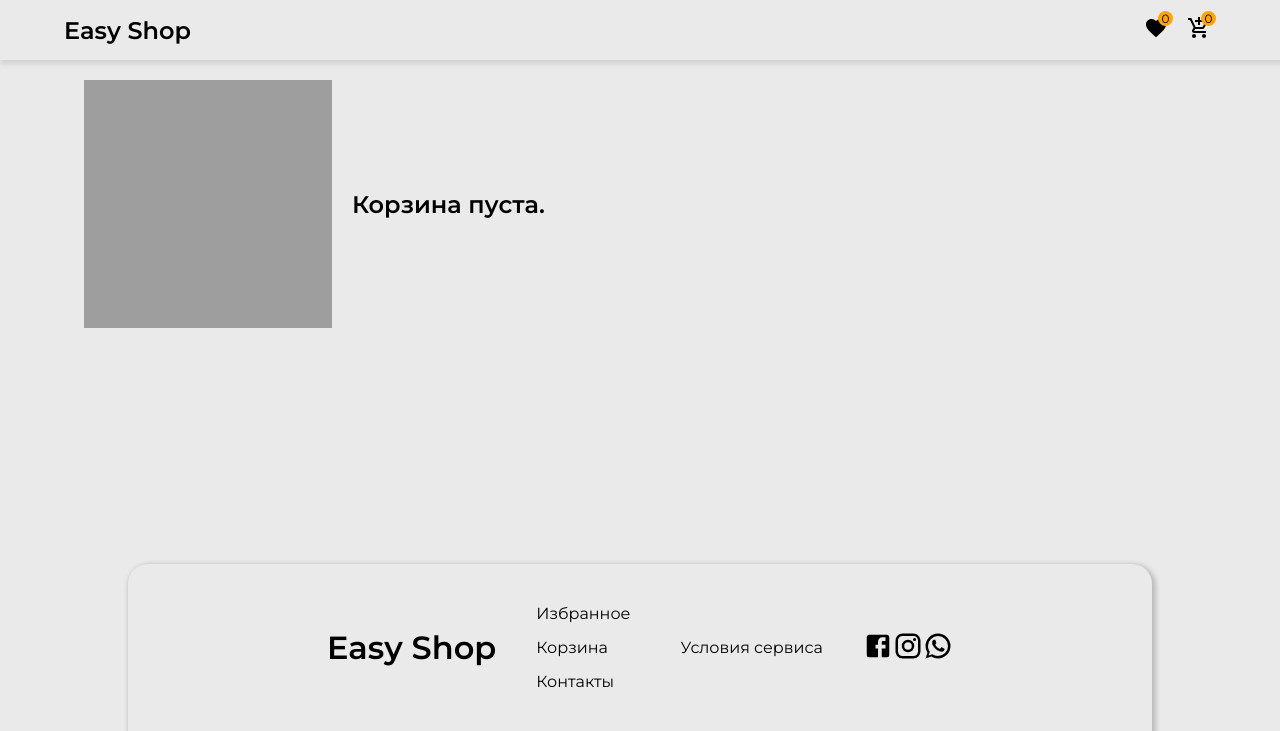
Repository: Nurlan-Bakenbaev/Easy-Shop-Firebase
Page: /cart
These files come from the project's save history. The page is drawn as it stood at one moment and after a run of saves; the edit follows.
The browser window is 1280 px wide. The pictures show the whole page.
Pictures or frames that could not be fetched are drawn as grey boxes. The project was rebuilt for these pictures with package versions that can differ from the ones it lists, and the page was loaded fresh each time. Also part of the build but not shown: vite.config.js, src/App.css, src/components/banner/Banner.css, src/components/banner/Banner.jsx, src/components/Card.css, src/components/Card.jsx, src/config/firebase.js, src/components/pages/Home.jsx and 12 more.

Above is the page before, as saved 2023-08-16 22:07:03.

### index.html
<!doctype html>
<html lang="en">
  <head>
    <meta charset="UTF-8" />
    <link rel="icon" href="https://firebasestorage.googleapis.com/v0/b/kleinerladen-6644f.appspot.com/o/icons8-gescha%CC%88ft-48.png?alt=media&token=b65c329f-4ff2-43c8-be87-2ec025365196" >
    <link rel="preconnect" href="https://fonts.googleapis.com">
    <link rel="preconnect" href="https://fonts.gstatic.com" crossorigin>
    <link href="https://fonts.googleapis.com/css2?family=Montserrat:wght@400;600&display=swap" rel="stylesheet">
    <link rel="preconnect" href="https://fonts.googleapis.com">
<link rel="preconnect" href="https://fonts.gstatic.com" crossorigin>
<link href="https://fonts.googleapis.com/css2?family=Poppins:wght@300;600&display=swap" rel="stylesheet">
    <link rel="icon" type="image/svg+xml" href="/vite.svg" />
    <meta name="viewport" content="width=device-width, initial-scale=1.0" />
    <title>Small Shop</title>
  </head>
  <body>
    <div id="root"></div>
    <script type="module" src="/src/main.jsx"></script>
  </body>
</html>

### src/main.jsx
import React from "react";
import ReactDOM from "react-dom/client";
import App from "./App.jsx";
import "./index.css";

ReactDOM.createRoot(document.getElementById("root")).render(
  <React.StrictMode>

      <App />
  </React.StrictMode>
);

### src/App.jsx
import Navbar from "./components/navbar/Navbar";
import "./App.css";
import Home from "./components/pages/Home";
import { BrowserRouter, Routes, Route, json } from "react-router-dom";
import Footer from "./components/footer/Footer";
import Favorites from "./components/pages/Favorites";
import TermsOfUse from "./components/pages/TermsOfUse";
import Contacs from "./components/pages/Contacs";
import { useState, useEffect } from "react";
import AboutProduct from "./components/pages/AboutPage/AboutProduct";
import Cart from "./components/pages/CartPage/Cart";
import Order from "./components/pages/VerifyingOrder/Order";

function App() {
  const [favorite, setFavorite] = useState([]);
  const [cartItem, setCartItem] = useState([]);

  const handleAddToCart = (item) => {
    const existItem = cartItem.find((el) => el.id === item.id);
    if (existItem) {
      const updatedCart = cartItem.map((el) =>
        el.id === item.id ? { ...el, total: el.total + 1 } : el
      );
      setCartItem(updatedCart);
      localStorage.setItem("products", JSON.stringify(updatedCart));
    } else {
      const newItem = { ...item, total: 1 };
      setCartItem([...cartItem, newItem]);
    }
  };
  const removeFromToCart = (item) => {
    const existItem = cartItem.find((el) => el.id === item.id);
    if (existItem) {
      const updatedCart = cartItem.map((el) =>
        el.id === item.id ? { ...el, total: Math.max(1, el.total - 1) } : el
      );
      setCartItem(updatedCart);
      localStorage.setItem("products", JSON.stringify(updatedCart));
    } else {
      const newItem = { ...item, total: 1 };
      setCartItem([...cartItem, newItem]);
    }
  };
  useEffect(() => {
    const local = JSON.parse(localStorage.getItem("products"));
    if (local) {
      setCartItem(local);
    }
  }, []);
  const deleteItemfromCart = (item) => {
    const newProduct = cartItem.filter((el) => el.id !== item.id);
    localStorage.setItem("products", JSON.stringify(newProduct));
    setCartItem(newProduct);
  };

  const handleFavorite = (fav) => {
    const newFavorite = favorite.filter((el) => el.name !== fav.name);
    localStorage.setItem("favorite", JSON.stringify(newFavorite));
    setFavorite(newFavorite);
  };

  function handleClick(item) {
    let isPresent = false;
    favorite.forEach((product) => {
      if (item.name === product.name) isPresent = true;
    });
    if (isPresent) return;
    localStorage.setItem("favorite", JSON.stringify(favorite));
    setFavorite([...favorite, item]);
  }
  useEffect(() => {
    const favorits = JSON.parse(localStorage.getItem("favorite"));
    if (favorits) {
      setFavorite(favorits);
    }
  }, []);
  return (
    <>
      <BrowserRouter>
        <Navbar size={favorite.length} items={cartItem} />
        <div className="container">
          <Routes>
            <Route
              path="/"
              element={
                <Home
                  handleClick={handleClick}
                  handleFavorite={handleFavorite}
                  favorite={favorite}
                />
              }
            />
            <Route
              path="/favorites"
              element={
                <Favorites
                  favorite={favorite}
                  handleFavorite={handleFavorite}
                />
              }
            />
            <Route path="/terms" element={<TermsOfUse />} />
            <Route path="/contacs" element={<Contacs />} />
            <Route
              path="/aboutproduct/:id"
              element={<AboutProduct handleAddToCart={handleAddToCart} />}
            />
            <Route
              path="/cart"
              element={
                <Cart
                  cartItem={cartItem}
                  deleteItemfromCart={deleteItemfromCart}
                  removeFromToCart={removeFromToCart}
                  handleAddToCart={handleAddToCart}
                />
              }
            />
            <Route path="/orderpage" element={<Order cartItem={cartItem} />} />
          </Routes>
        </div>
        <Footer />
      </BrowserRouter>
    </>
  );
}

export default App;

### src/index.css
*{
    padding: 0;
    margin: 0;
    box-sizing: border-box;
    font-family: 'Montserrat', sans-serif;

}
body{
    background-color: #EAEAEA;
}
.container{
    width: 90%;
    margin: 0 auto;
    min-height: 70vh;
}
a{
    text-decoration: none;
    color: black;
    cursor: pointer;
}
li{
    list-style-type:none;
}
iframe{
    border: none;
}
@media (max-width:320px){
    .container{
        width: 100%;
        padding: 15px;
      }
      .terms {
        margin: 10px;
        gap: 20px;
      }
}

### src/components/navbar/Navbar.jsx
import React from "react";
import "./Navbar.css";
import FavoriteIcon from "@mui/icons-material/Favorite";
import AddShoppingCartIcon from "@mui/icons-material/AddShoppingCart";
import { Link } from "react-router-dom";
const Navbar = ({ size,items }) => {

  const totalQuantity = items.reduce((total, item) => total + item.total, 0);
  return (
    <>
      <header>
        <nav>
          <div className="left-nav dflex">
            <Link to={"/"}>
              <h2>Easy Shop</h2>
            </Link>

            {/* <select id="choose Phone">
              <option value="iphone-13">Выбрать модель</option>
              <option value="iphone-13-pro">iPhone 13 Pro</option>
              <option value="iphone-13-mini">iPhone 13 Mini</option>
              <option value="iphone-se-2022">iPhone SE </option>
              <option value="iphone-se-plus">iPhone SE Plus</option>
            </select> */}
          </div>
          <div className="right-nav dflex">
            <div className="favotite-icon">
              <Link to={"/favorites"}>
                <FavoriteIcon />
                <span>{size}</span>
              </Link>
            </div>
            <div className="cart-icon">
              <Link to={'/cart'}>
                <AddShoppingCartIcon />
              </Link>
              <span>{totalQuantity}</span>
            </div>
          </div>
        </nav>
      </header>
    </>
  );
};

export default Navbar;

### src/components/footer/Footer.jsx
import React from "react";
import FacebookIcon from "@mui/icons-material/Facebook";
import InstagramIcon from "@mui/icons-material/Instagram";
import WhatsAppIcon from "@mui/icons-material/WhatsApp";
import { Link } from "react-router-dom";
import "./Footer.css";
const Footer = () => {
  return (
    <footer className="footer ">
      <div>
        <Link to={"/"}>
          <h1>Easy Shop</h1>
        </Link>
      </div>
      <div>
        <ul>
          <Link to={"/favorites"}>
            {" "}
            <li>Избранное</li>
          </Link>

          <li>
            <Link to={"/cart"}>Корзина</Link>
          </li>
          <Link to={"/contacs"}>
            <li>Контакты</li>
          </Link>
        </ul>
      </div>
      <div>
        <Link to={"/terms"}>
          <p style={{ padding: "10px", borderRadius: "20px" }}>
            Условия сервиса
          </p>
        </Link>
      </div>
      <div className="social-media">
        <FacebookIcon />
        <InstagramIcon />
        <WhatsAppIcon />
      </div>
    </footer>
  );
};

export default Footer;

### src/components/pages/CartPage/Cart.jsx
import "./Cart.css";
import DeleteIcon from "@mui/icons-material/Delete";
import { Link } from "react-router-dom";

const Cart = ({
  cartItem,
  deleteItemfromCart,
  handleAddToCart,
  removeFromToCart,
}) => {
  if (!cartItem || cartItem.length === 0) {
    return (
      <div style={{display:'flex',alignItems:'center'}}>
        <img style={{width:'40vh', height:'40vh', padding:'20px'}} src='https://firebasestorage.googleapis.com/v0/b/kleinerladen-6644f.appspot.com/o/Illustration.png?alt=media&token=533dcc39-1e48-4d73-9b09-15d122d75f39' alt="Пустая Корзина" />
        <h2 style={{ textAlign: "center" }}>Корзина пуста.</h2>
      </div>
    );
  }
  return (
    <div className="cart-wrapper">
      <div className="cart-container">
        {cartItem.map((item, index) => (
          <div className="cart-item" key={index}>
            <div className="item-data">
              <div>
                <img src={item.img} alt={item.title} />
                <div className="cart-btn d-flex">
                  <button onClick={() => removeFromToCart(item)}>-</button>
                  <span>{item.total}</span>
                  <button onClick={() => handleAddToCart(item)}>+</button>
                </div>
              </div>
              <div className="item-title">
                <h2>{item.title}</h2>
                <p>${item.price}</p>
              </div>
            </div>
            <div className="delete-btn">
              <button onClick={() => deleteItemfromCart(item)}>
                <DeleteIcon />
              </button>
            </div>
          </div>
        ))}
      </div>
      <div className="total-btn">
        <h3>
          Итого: <span>{}</span>
        </h3>
        <button className="cart-btn">
          <Link to={"/orderpage"}>Перейти к оформлению</Link>
        </button>
      </div>
    </div>
  );
};

export default Cart;

### src/components/navbar/Navbar.css
header {
  box-shadow: 2px 2px 5px 2px rgba(0, 0, 0, 0.1);
  position: sticky;
  top: 0;
  z-index: 999;
  background: #eaeaea;
}
/* select{
 background-color: transparent;
} */
nav {
  display: flex;
  flex-direction: row;
  justify-content: space-between;
  align-items: center;
  height: 60px;
  width: 90%;
  margin: 0 auto;
}
.dflex {
  display: flex;
  flex-direction: row;
  gap: 5px;
  align-items: center;
}
select {
  border: none;
  margin-left: 20px;
  outline: none;
}
.right-nav {
  gap: 20px;
  cursor: pointer;
}
.favotite-icon,
.cart-icon {
  position: relative;
  height: 39px;
  width: 35px;
  display: flex;
  justify-content: center;
  align-items: center;
  animation-duration: 0.5s;
  animation-fill-mode: both;
}
.favotite-icon:hover,
.cart-icon:hover {
  animation-name: shake;
}
@keyframes shake {
  0% {
    transform: translateX(0);
  }
  20% {
    transform: translateX(-2px);
  }
  40% {
    transform: translateX(2px);
  }
  60% {
    transform: translateX(-2px);
  }
  80% {
    transform: translateX(2px);
  }
  100% {
    transform: translateX(0);
  }
}
.right-nav span {
  position: absolute;
  top: 0;
  right: 0;
  font-size: 12px;
  background-color: orange;
  width: 15px;
  height: 15px;
  border-radius: 50%;
  display: flex;
  justify-content: center;
  align-items: center;
}

### src/components/footer/Footer.css
.dflex {
  display: flex;
  flex-direction: row;
  align-items: center;
  gap: 8px;
}
footer {
  display: flex;
  justify-content: center;
  gap: 30px;
  align-items: center;
  border-top-left-radius: 20px;
  border-top-right-radius: 20px;
  box-shadow: 2px 2px 5px 2px rgba(0, 0, 0, 0.2);
  padding: 30px;
  position: relative;
  bottom: 0;
  left: 0;
  right: 0;
  width: 80%;
  margin: 0 auto;
  transition: background-color 0.3s ease-in;
}
footer:hover {
  background-color: white;
}
footer li {
  margin: 5px;
  padding: 5px;
  transition: background-color 0.5s ease;
  border-radius: 20px;
}
footer li:hover{
  background-color: rgb(223, 145, 0);
}
.social-media svg {
  font-size: 30px;
}
@media (max-width: 320px) {
  .footer {
  display: flex;
  flex-direction: column;
  width: 100%;
  text-align: center;
  }
  footer li {
    margin: 13px;
    padding: 8px;
  }
}

After the next 6 saves:
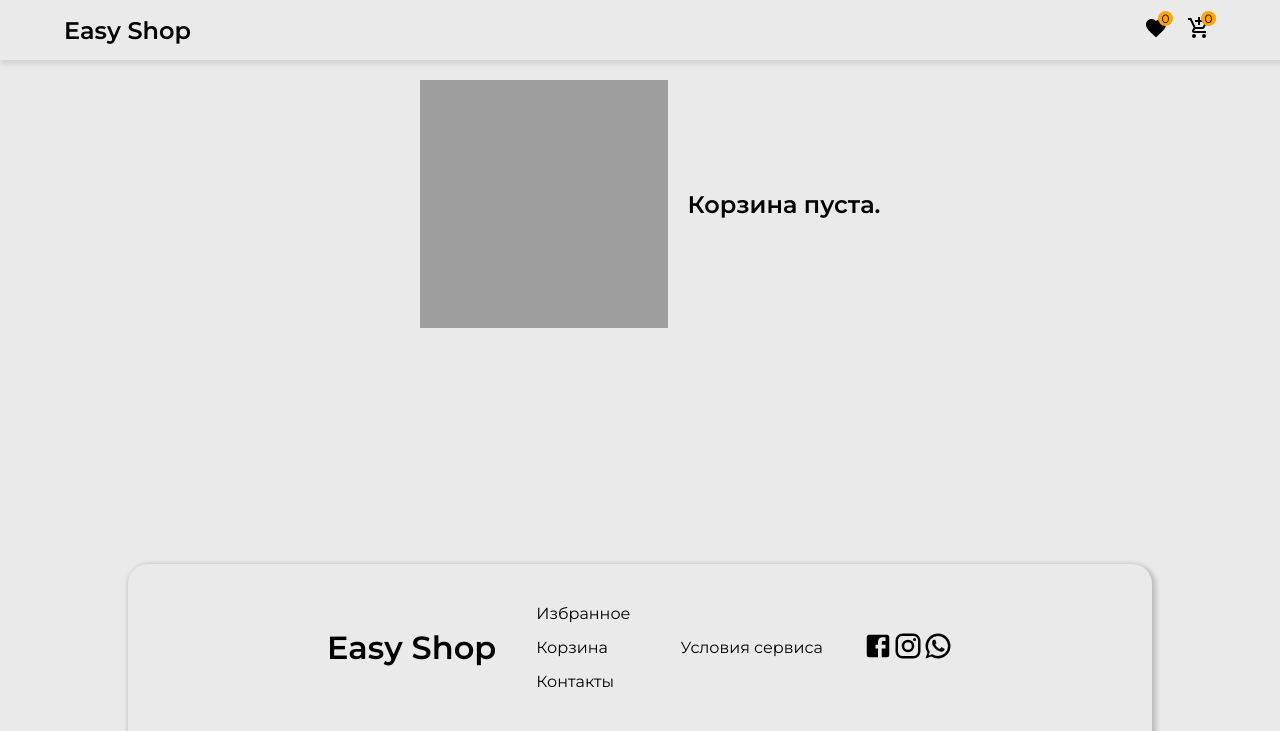
The 6 saves are shown as one change because they came seconds apart.
The last was saved 14 s later.
--- a/src/components/pages/CartPage/Cart.jsx
+++ b/src/components/pages/CartPage/Cart.jsx
@@ -10,7 +10,7 @@ const Cart = ({
 }) => {
   if (!cartItem || cartItem.length === 0) {
     return (
-      <div style={{display:'flex',alignItems:'center'}}>
+      <div style={{display:'flex',alignItems:'center',justifyContent:'center'}}>
         <img style={{width:'40vh', height:'40vh', padding:'20px'}} src='https://firebasestorage.googleapis.com/v0/b/kleinerladen-6644f.appspot.com/o/Illustration.png?alt=media&token=533dcc39-1e48-4d73-9b09-15d122d75f39' alt="Пустая Корзина" />
         <h2 style={{ textAlign: "center" }}>Корзина пуста.</h2>
       </div>
